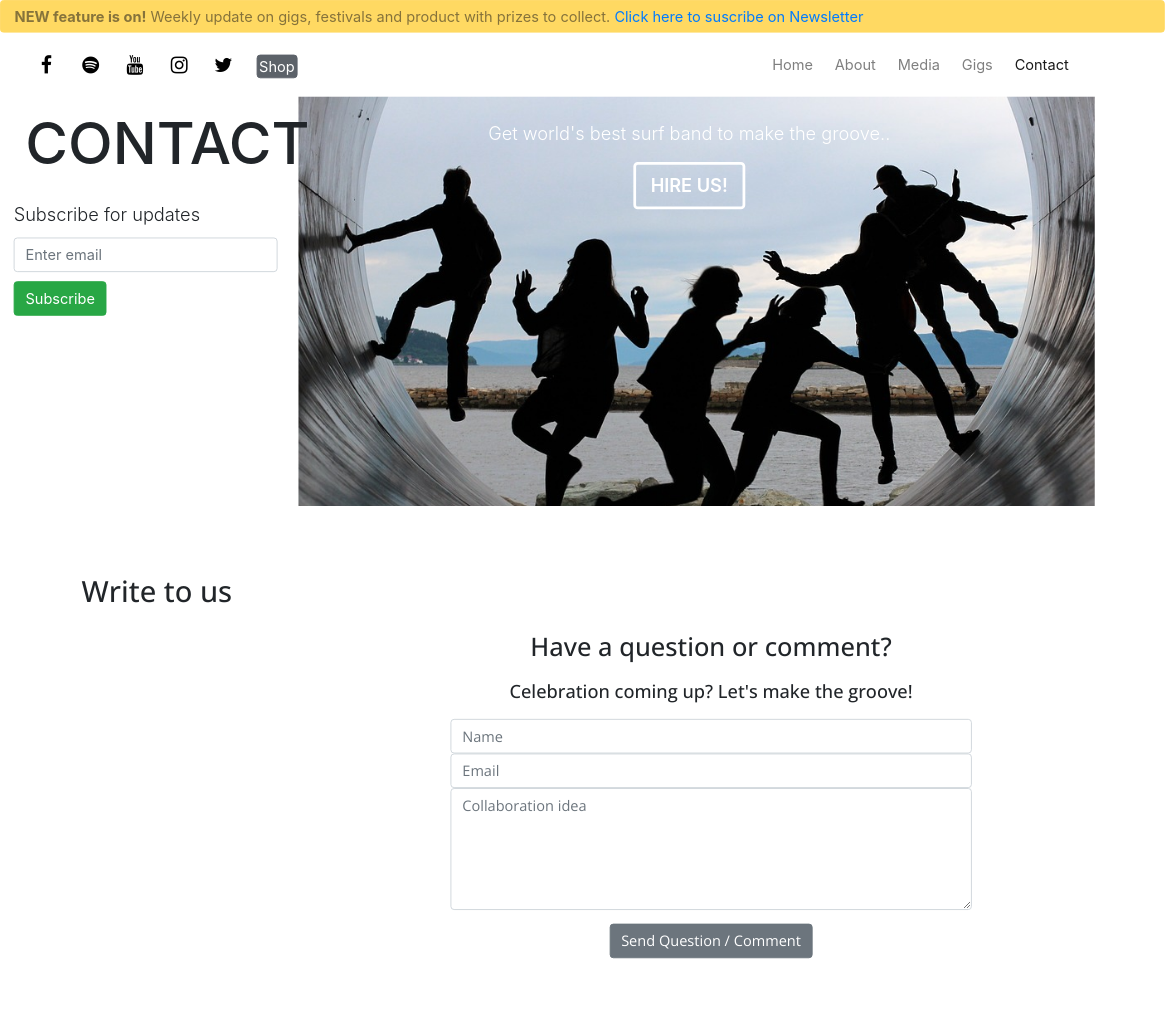
Repository: NamcorStudent/Stream_1_Project_HTML5-CSS3
Page: contact.html
The author's editor kept a record of every edit. The page is drawn from the files as they stood at one moment, then again after the next edit.
The browser window is 1280 px wide. The pictures show the whole page, at 91% of full size.
Some web libraries are served in a nearby version.

Above is the page before.

### contact.html
<!DOCTYPE html>
<html lang="en">

<head>
    <meta charset="UTF-8">
    <meta name="viewport" content="width=device-width, initial-scale=1.0">
    <meta http-equiv="X-UA-Compatible" content="ie=edge">
    <link rel="stylesheet" href="https://maxcdn.bootstrapcdn.com/bootstrap/4.2.1/css/bootstrap.min.css" type="text/css" />
    <link rel="stylesheet" href="https://maxcdn.bootstrapcdn.com/font-awesome/4.7.0/css/font-awesome.min.css" type="text/css" />
    <link rel="stylesheet" href="assets/css/style.css" type="text/css" />
    <title>The Bambi Molesters | Official</title>
</head>

<body>
    <!--Alert for subscription-->
    <div class="container-fluid alert-container">
        <div class="row d-none d-sm-block no-gutters">
            <div class="col-12">
                <div class="alert alert-warning">
                    <strong>NEW feature is on!</strong> Weekly update on gigs, festivals and product with prizes to collect. <a href="#" data-toggle="modal" data-target="#subscribeModal">Click here to suscribe on Newsletter</a>
                </div>
            </div>
        </div>
    </div>
    <!--Social & Nav-->
    <div class="container-fluid nav-wrapper">
        <nav class="navbar navbar-light navbar-expand-sm">
            <div class="social-links mr-auto">
                <ul class="list-inline social-links">
                    <li class="list-inline-item">
                        <a target="_blank" href="https://www.facebook.com/pages/category/Musician-Band/The-Bambi-Molesters-10150106968535328/">
                            <i class="fa fa-facebook" aria-hidden="true"></i>
                            <span class="sr-only">Facebook</span>
                        </a>
                    </li>
                    <li class="list-inline-item">
                        <a target="_blank" href="https://open.spotify.com/artist/1dRGueaS4tR1zmizinwXbx">
                            <i class="fa fa-spotify" aria-hidden="true"></i>
                            <span class="sr-only">Spotify</span>
                        </a>
                    </li>
                    <li class="list-inline-item">
                        <a target="_blank" href="https://www.youtube.com/user/bambimolesters">
                            <i class="fa fa-youtube" aria-hidden="true"></i>
                            <span class="sr-only">YouTube</span>
                        </a>
                    </li>
                    <li class="list-inline-item">
                        <a target="_blank" href="https://www.instagram.com/explore/tags/bambimolesters/">
                            <i class="fa fa-instagram" aria-hidden="true"></i>
                            <span class="sr-only">Instagram</span>
                        </a>
                    </li>
                    <li class="list-inline-item">
                        <a target="_blank" href="https://twitter.com/bambimolesters?lang=en">
                            <i class="fa fa-twitter" aria-hidden="true"></i>
                            <span class="sr-only">Twitter</span>
                        </a>
                    </li>
                    <li class="list-inline-item">
                        <a target="_blank" href="https://www.discogs.com/artist/342698-The-Bambi-Molesters">
                            <button class="btn btn-dark" aria-hidden="true">Shop</button>
                            <span class="sr-only">Shop</span>
                        </a>
                    </li>
                </ul>
            </div>
            <!-- Collaps Nav-Same container as nav-->

            <button class="navbar-toggler" type="button" data-toggle="collapse" data-target="#navbarTogglerDropdown" aria-controls="navbarTogglerDemo02" aria-expanded="false" aria-label="Toggle navigation">
            <span class="navbar-toggler-icon"></span>
            </button>
            <div class="collapse navbar-collapse" id="navbarTogglerDropdown">
                <ul class="navbar-nav ml-auto">
                    <li class="nav-item mr-2"><a class="nav-link" href="index.html">Home</a></li>
                    <li class="nav-item mr-2"><a class="nav-link" href="about.html">About</a></li>
                    <li class=" nav-item mr-2"><a class="nav-link" href="media.html">Media</a></li>
                    <li class="nav-item mr-2"><a class="nav-link" href="gigs.html">Gigs</a></li>
                    <li class="active nav-item mr-2"><a class="nav-link" href="contact.html">Contact</a></li>
                    <li class="nav-item mr-2 d-block d-sm-none"><a class="nav-link btn btn-success" href="#" data-toggle="modal" data-target="#subscribeModal">Click to suscribe on Newsletter!!!</a></li>
                </ul>
            </div>
        </nav>
    </div>
    <!-- Callout & BG Image-->
    <div class="container-fluid callout-container">
        <div class="row">
            <div class="col-3 page-title">
                <h1><span>Contact</span></h1>
                <div class="subscribe-call d-none d-sm-block">
                    <p class="lead">Subscribe for updates</p>
                    <input type="email" class="form-control" id="InputEmail" aria-describedby="emailHelp" placeholder="Enter email">
                     <button type="submit" class="btn btn-success">Subscribe</button>
                </div>
            </div>
            <div class="col-12 hero-image">
                <div class="row ">
                    <div class="col">
                        <div class="jumbotron text-center">
                            <h6 class="d-block d-sm-none">Special occasion comming up?</h6>
                            <p class="lead d-none d-sm-block">Get world's best surf band to make the groove..</p>
                            <p><button class="btn btn-lg btn-success btn-cta" data-toggle="modal" data-target="#signUpModal">Hire us!</button></p>
                        </div>
                    </div>
                </div>
                <a href="index.html"><img src="assets/images/contact960x592.jpg"></img></a>
            </div>
        </div>
    </div>


    <!--Content unique to the page-->
    <div class="conteiner-fluid page-content-container">
        <div class="row">
            <div class="col-sm-3" id="band-selection">
                <div class="subscribe-call d-sm-none">
                    <p class="lead">Subscribe for updates</p>
                    <input type="email" class="form-control" id="InputEmail" aria-describedby="emailHelp" placeholder="Enter email">
                     <button type="submit" class="btn btn-success">Subscribe</button>
                </div>
            </div>
        </div>
        <div class="row media-material gigs-material">
            <div class="col band-bio-container media-content-container" id="band-bio">
                <div class="row gigs-content">
                    <div class="col gigs-schedule">
                        <h2 id="video" class="media-sub-heading">Write to us</h2>
                        <div class="row gigs-content">
                            <div class="d-none d-sm-block col-sm-3">
                            </div>
                            <div class="col-sm-9">
                                <div class="row bg-color-contact">
                                    <div class="col">
                                        <h3 class="contact-heading uppercase text-center">Have a question or comment?</h3>
                                        <h5 class="uppercase text-center">Celebration coming up? Let's make the groove!</h5>

                                        <div class="center-form">
                                            <form>
                                                <input type="text" name="name" id="fullname" class="form-control" placeholder="Name" required />
                                                <input type="email" name="email" id="emailaddress" class="form-control" placeholder="Email" required />
                                                <textarea rows="5" name="collaborationSummary" id="collaborationSummary" class="form-control" placeholder="Collaboration idea" required></textarea>
                                                <div class="form-row text-center">
                                                    <div class="col">
                                                        <button type="submit" class="btn btn-secondary btn-submit-form">Send Question / Comment</button>
                                                    </div>
                                                </div>
                                            </form>
                                        </div>

                                    </div>
                                </div>
                            </div>
                        </div>

                    </div>
                </div>
            </div>

        </div>

        <!---Modal for subscription-->
        <div class="modal" tabindex="-1" role="dialog" id="subscribeModal">
            <div class="modal-dialog" role="document">
                <div class="modal-content">
                    <div class="modal-header">
                        <h5 class="modal-title">Subscribe to New TBM Newsletter!</h5>
                        <button type="button" class="close" data-dismiss="modal" aria-label="Close">
          <span aria-hidden="true">&times;</span>
        </button>
                    </div>
                    <div class="modal-body">
                        <p>Updates on gigs, prizes and uniquie band products;)</p>
                        <hr>
                        <form>
                            <div class="form-group">
                                <label for="InputEmail">Email address</label>
                                <input type="email" class="form-control" id="InputEmail" aria-describedby="emailHelp" placeholder="Enter email">
                                <small id="emailHelp" class="form-text text-muted">We'll never share your email with anyone else.</small>
                            </div>
                            <div class="form-group">
                                <label for="VerifyEmail">Verefy Email address</label>
                                <input type="email" class="form-control" id="VerifyEmail" aria-describedby="VerifyEmail" placeholder="Verify email">
                                <small id="emailHelp" class="form-text text-muted">You may un-suscribe at any moment. Details in Confiramtion Email.</small>
                            </div>
                            <button type="submit" class="btn btn-success">Subscribe</button>
                        </form>
                    </div>
                </div>
            </div>
        </div>

        <script src="https://code.jquery.com/jquery-3.3.1.slim.min.js" integrity="sha384-q8i/X+965DzO0rT7abK41JStQIAqVgRVzpbzo5smXKp4YfRvH+8abtTE1Pi6jizo" crossorigin="anonymous"></script>
        <script src="https://cdnjs.cloudflare.com/ajax/libs/popper.js/1.14.7/umd/popper.min.js" integrity="sha384-UO2eT0CpHqdSJQ6hJty5KVphtPhzWj9WO1clHTMGa3JDZwrnQq4sF86dIHNDz0W1" crossorigin="anonymous"></script>
        <script src="https://stackpath.bootstrapcdn.com/bootstrap/4.3.1/js/bootstrap.min.js" integrity="sha384-JjSmVgyd0p3pXB1rRibZUAYoIIy6OrQ6VrjIEaFf/nJGzIxFDsf4x0xIM+B07jRM" crossorigin="anonymous"></script>

        <script src="js/jquery.js"></script>
        <script src="js/main.js"></script>
</body>

</html>

### assets/css/style.css
@import url('https://fonts.googleapis.com/css?family=Open+Sans:100,200,300,400,500,600,700,800,900 | Ubuntu: 100,200,300,400,500,600,700,800,900');

/* ---------------------------------------GENERAL CONTENT */

/* Alert */

.alert-container {
    padding: 0;
    margin: 0;
    border: 0;
}

.alert-warning {
    margin: 0;
    padding: 5px 15px;
    color: #86733b;
    background-color: #ffd962;
    border-color: #ffd962;
}

/* Social */

.navbar .social-links li a i {
    margin: 0;
    width: 25px;
    height: 25px;
    padding: 12px 0;
    border-radius: 20%;
    line-height: 1px;
    text-align: center;
    vertical-align: center;
    color: #000;
    background: #fff;
    transition: all 0.35s ease-in-out;
    -moz-transition: all 0.35s ease-in-out;
    -webkit-transition: all 0.35s ease-in-out;
    -o-transition: all 0.35s ease-in-out;
}


.list-inline{
    margin: 0;
    font-size: 1.35rem;
}

.list-inline-item:not(:last-child) {
    margin-right: 1.1rem;
}

.btn-dark {
    color: #fff;
    background-color: #5c6269;
    border-color: #5c6269;
    padding: 0 2px;
    display: block;
}

/* Navigation */

.nav-wrapper{
    position: relative;
    top: 0;
    left: 0;
    padding-left: 0;
    padding-right: 0;
}

.nav {
    background-color: #fff;
}

.navbar{
    margin-bottom: 0;
    border: 0;
    width: 100%;
    background-color: #fff;
    padding-right: 7%;
    padding-left: 3%;
    height: 70px;

}

.navbar .navbar-nav a{
    padding: 0 30px;
}


/* Page title */

.row .page-title{
    position: absolute;
    z-index: 1;
}

.offset-span{
    margin-left: 6.4vw;
}

.row .page-title h1{
    font-size: 5vw;
    margin-top: 1vw;
    margin-left: 1vw;
    text-transform: uppercase;
}

/* Jumbotron and Image */
.callout-container {
    /*height: 80vh;*/
    max-height: 450px;
    overflow: hidden;
}

.jumbotron,
.callout-container img {
    width: 70%;
    margin-left: 25%;
}

.hero-image {
    position: relative;
    left: 0;
}

.jumbotron{
    position: absolute;
    background-color: transparent;
    color: #fff;
    margin-left: 23vw;
    padding-top: 2vw;
}

.btn-cta{
    background-color: transparent;
    border: 3px solid #fff;
    text-transform: uppercase;
    font-weight: 600;
    transition: all 0.35s ease-in-out;
    -moz-transition: all 0.35s ease-in-out;
    -webkit-transition: all 0.35s ease-in-out;
    -o-transition: all 0.35s ease-in-out;
}

/* Hover */

.social-links li a i:hover{
    background-color: #000;
    color: #fff;
}

#navbarTogglerDropdown > ul > li:hover{
    font-weight: 500;
}

.btn-cta:hover,
.btn-cta:active,
.btn-cta:focus,
.btn-cta:active:focus {
    background-color: rgba(0,0,0,0.4);
    border-color: #ffd962 ;
    color: #ffd962;
    box-shadow: none;
}

/* Media Query for Moblie */

@media (max-width:575px){
#navbarTogglerDropdown {
    background-color: #fff;
    z-index: 1;
    width: 100vw;
    height: 100vh;
    text-align: center;
    text-transform: uppercase;
    }

.list-inline .social-links{
    font-size: 1.35rem;
    }

.social-links .list-inline .list-inline-item{
    margin-right: 0.3rem;
}

#navbarTogglerDropdown > ul > li{
    margin-top: 12%;
    font-size: 20px;
    letter-spacing: 4px;
    }

.quotes .blockquote p{
    margin-top: 6vw;
    }

.btn-outline-secondary{
    margin-bottom: 6vw;
    }

.conteiner-fluid.page-content-container{
    margin-top: 25px;
    }

.media-sub-heading{
    margin: 15px 0px;
}

}

/* ------------------------------------ CONTENT UNIQUE TO PAGE */

.page-content-container{
    margin: 0 7%;
    font-family: "Open Sans", sans-serif;
    margin-top: 50px;
}

.list-group-item{
        display: flow-root;
}

/* About */
.band-members > a > i,
#band-selection > .list-group.band-memebers > a > i{
    float: right;
}

.quotes{
    font-family: "ubuntu", sans-serif;
    color: #61bebf;
}

.quotes .blockquote{
    margin-top: 3vw;
    font-size: 1.40rem;
}

.btn-outline-secondary{
    margin-bottom: 3vw;
}

.band-bio-container{
    text-align: justify;
}

/* Media */
.media-content-conteiner{
    margin-bottom: 50px;
}

.video-title{
    text-transform: uppercase;
    text-align: left;
    padding: 5px 10px 0px;
}
.music-column p,
.video-column p{
    text-align: right;
}

.music-column .label-name,
.video-column .video-director-name{
    text-transform: uppercase;
}

hr.video-divider{
    border-top: 1px solid #333;
}


/*------------------MUSIC PLAYER---------------------------------*/
.clearfix,
#music-player-container,
#audio-info,
.cover,
button{
    margin: 0;
    padding: 0;
    border: none;
    outline: none;
}

.clearfix{
	clear:both;
}

#music-player-container{
	font-size:13px;
	line-height:1.5em;
	color:#fff;
	max-width: 330px;
	min-height:400px;
	background:#333;
	overflow:auto;
	margin:25px auto;
	-moz-border-radius:10px;
	-webkit-border-radius:10px;
	border-radius:10px;
	border:#666 solid 2px;

}

#audio-image{
	position:relative;
	overflow:hidden;
	height:200px;
	margin-bottom:15px;
}

#audio-info{
	text-align:center;
}

#audio-info .artist{
	font-weight:bold;
}

.cover{
	width:100%;
	z-index:1;
}

input#volume {
	width:95%;
	margin-left:2%;
    -webkit-appearance: none !important;
    background:#ccc;
    height:1px;
	margin-bottom:20px;
}
input#volume::-webkit-slider-thumb {
    -webkit-appearance: none !important;
    background:url(../images/musicPlayerImg/knob.png) no-repeat;
    height:12px;
    width:12px;
}

#buttons{
	width:90%;
	display: block;
    margin: 15px auto;
	margin-left:23px;
	overflow:auto;
}


button#play{
	width:70px;
	height:70px;
	background:url(../images/musicPlayerImg/play.png) no-repeat;float:left;
}

button#pause{
	width:70px;
	height:70px;
	background:url(../images/musicPlayerImg/pause.png) no-repeat;float:left;
}

button#stop{
	width:70px;
	height:70px;
	background:url(../images/musicPlayerImg/stop.png) no-repeat;float:left;
}

button#prev{
	min-width:65px;
	height:70px;
	background:url(../images/musicPlayerImg/prev.png) no-repeat;
	float:left;
	margin-top:15px;
}

button#next{
	min-width:65px;
	height:70px;
	background:url(../images/musicPlayerImg/next.png) no-repeat;
	float:right;
	margin-top:15px;
}

#playlist {
    list-style-type: none;
	padding:10px;
}

#playlist li {
    cursor: pointer;
    margin:5px;
}

#tracker{
	position:relative;
	width:100%;
}

#playlist li.active {
    font-weight: bold;
	padding:3px;
	background:#666;
}

#progressBar {
   width:80%;
   margin-left:2%;
   margin-bottom:20px;
   margin-top:9px;
   height:10px;
   background:url(../images/musicPlayerImg/progress_bg.png) no-repeat;
   float:left;
}

#progress {
   background:url(../images/musicPlayerImg/progress.png) no-repeat;
   height:10px;
   display:inline-block;
}

#duration{
	position:absolute;
	top:0;
	right:10px;
	padding:4px 8px;
	background:#000;
	border-radius:5px;
}

/*---------------/MUSIC PLAYER STYLING OVER--------------------*/

/*gallery*/
.gallery-row{
  margin: 15px;
}


/*-------------------------------------------GIGS---------------------------------*/
.gigs-content{
    margin-top: 25px;
    margin-bottom: 25px;
}

.gigs-dates{
    align-items: baseline;
    display: border-box;
    padding: 0 20px;
}
.gigs-info .gigs-day{
    font-size: 1rem;
}

.gigs-info{
    display: border-box;
    padding: 2px 15px;
}

.gigs-info.tickets-btn-center{
    text-align: center;
}

.gigs-info a button{
    width: 200px;

}

.btn-tickets{
    color: #000;
    background-color: transparent;
    border: 1px solid #000;
    transition: all 0.35s ease-in-out;
    -moz-transition: all 0.5s ease-in-out;
    -webkit-transition: all 0.5s ease-in-out;
    -o-transition: all 0.5s ease-in-out;
}

.btn-tickets:hover,
.btn-tickets:active,
.btn-tickets:focus,
.btn-tickets:active:focus{
    box-shadow: none;
    color: #fff;
    background-color: #000;
    border: 1px solid #000;
}

/*------------------------------------------CONTACT--------------------------*/

.contact-heading {
    margin-bottom: 20px;
}

.center-form {
    padding-top: 10px;
    margin: 0 auto;
    max-width: 70%;
}

.btn-submit-form {
    margin-top: 15px;
    margin-bottom: 20px;

}

.subscribe-call{
    margin-top: 25px;
}

.subscribe-call>button{
    margin-top: 10px;
}

.subscribe-call>p {
    margin-bottom: 10px;
}

.contact-page-content-conteiner{
    margin-top: 0;
}

### assets/js/main.js
var audio;

//Hide Pause Initially
$('#pause').hide();

//Initializer - Play First Song
initAudio($('#playlist li:first-child'));

function initAudio(element){
	var song = element.attr('song');
    var title = element.text();
    var cover = element.attr('cover');
    var artist = element.attr('artist');

	//Create a New Audio Object
	audio = new Audio('assets/audio/playOutOfTune/' + song);

	if(!audio.currentTime){
		$('#duration').html('0.00');
	}

	$('#audio-player .title').text(title);
    $('#audio-player .artist').text(artist);

	//Insert Cover Image
	$('img.cover').attr('src','assets/images/musicPlayerImg/covers/' + cover);

	$('#playlist li').removeClass('active');
    element.addClass('active');
}


//Play Button
$('#play').click(function(){
	audio.play();
	$('#play').hide();
	$('#pause').show();
	$('#duration').fadeIn(400);
	showDuration();
});

//Pause Button
$('#pause').click(function(){
	audio.pause();
	$('#pause').hide();
	$('#play').show();
});

//Stop Button
$('#stop').click(function(){
	audio.pause();
	audio.currentTime = 0;
	$('#pause').hide();
	$('#play').show();
	$('#duration').fadeOut(400);
});

//Next Button
$('#next').click(function(){
    audio.pause();
    var next = $('#playlist li.active').next();
    if (next.length == 0) {
        next = $('#playlist li:first-child');
    }
    initAudio(next);
	audio.play();
	showDuration();
});

//Prev Button
$('#prev').click(function(){
    audio.pause();
    var prev = $('#playlist li.active').prev();
    if (prev.length == 0) {
        prev = $('#playlist li:last-child');
    }
    initAudio(prev);
	audio.play();
	showDuration();
});

//Playlist Song Click
$('#playlist li').click(function () {
    audio.pause();
    initAudio($(this));
	$('#play').hide();
	$('#pause').show();
	$('#duration').fadeIn(400);
	audio.play();
	showDuration();
});

//Volume Control
$('#volume').change(function(){
	audio.volume = parseFloat(this.value / 10);
});

//Time Duration
function showDuration(){
	$(audio).bind('timeupdate', function(){
		//Get hours and minutes
		var s = parseInt(audio.currentTime % 60);
		var m = parseInt((audio.currentTime / 60) % 60);
		//Add 0 if seconds less than 10
		if (s < 10) {
			s = '0' + s;
		}
		$('#duration').html(m + '.' + s);
		var value = 0;
		if (audio.currentTime > 0) {
			value = Math.floor((100 / audio.duration) * audio.currentTime);
		}
		$('#progress').css('width',value+'%');
	});
}

Loaded but not shown: assets/js/jquery.js (library)

After the next edit:
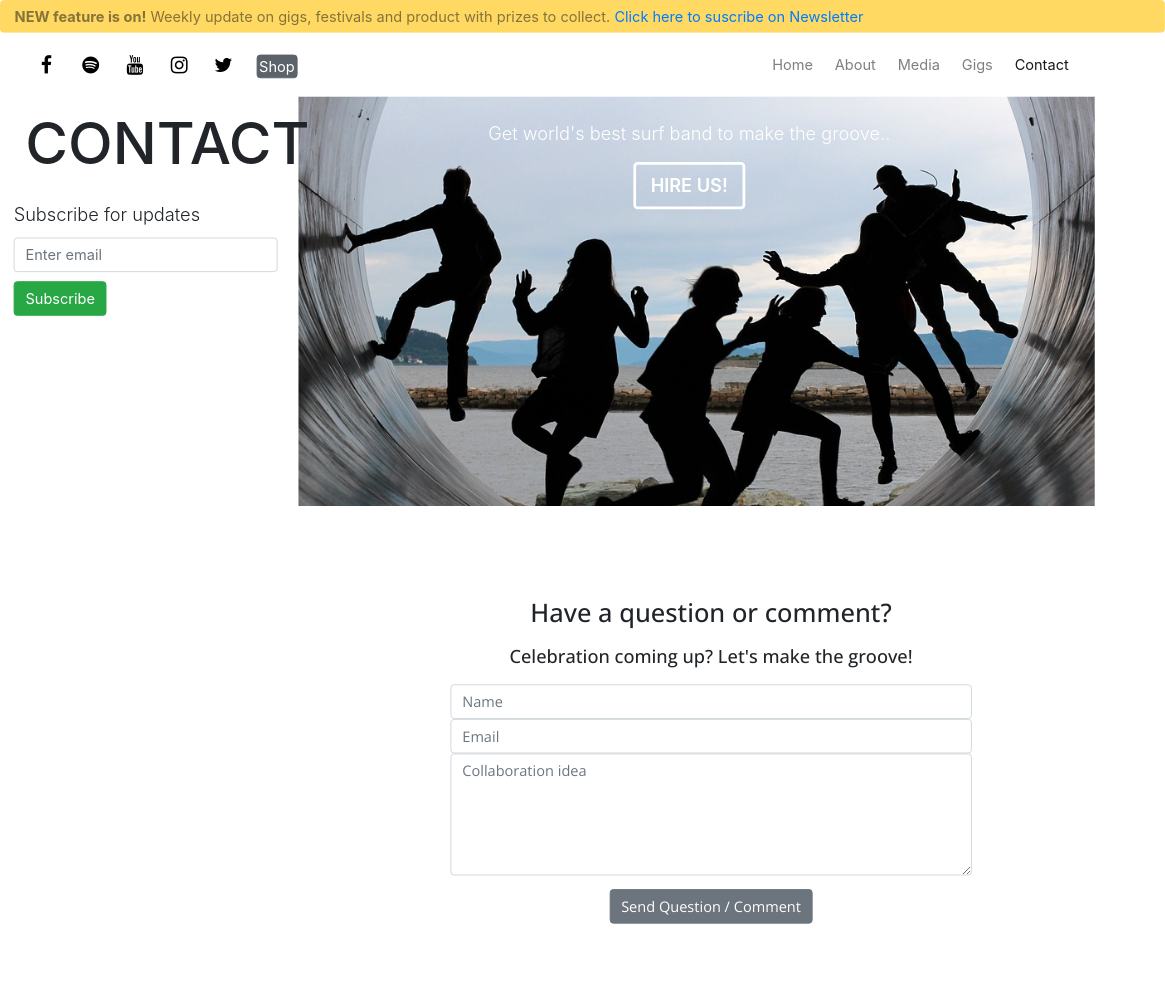
The edit:
--- a/contact.html
+++ b/contact.html
@@ -124,8 +124,8 @@
             <div class="col band-bio-container media-content-container" id="band-bio">
                 <div class="row gigs-content">
                     <div class="col gigs-schedule">
-                        <h2 id="video" class="media-sub-heading">Write to us</h2>
-                        <div class="row gigs-content">
+                     <!--   <h2 id="video" class="media-sub-heading">Write to us</h2>  -->
+                        <div class="row gigs-content contact-form">
                             <div class="d-none d-sm-block col-sm-3">
                             </div>
                             <div class="col-sm-9">
